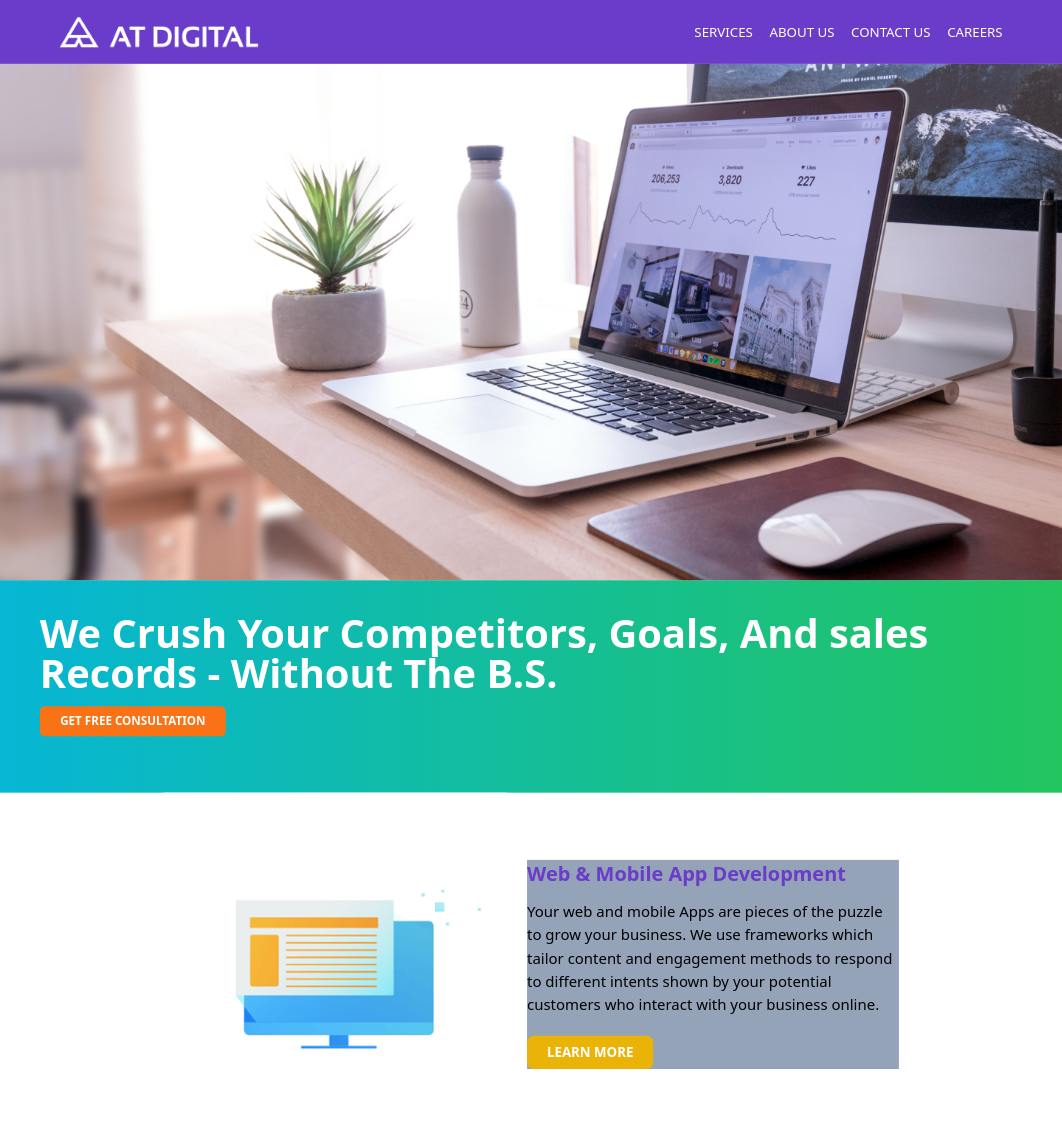
Repository: Milith97/AT-Digital-Website
Page: /
The author's editor kept a copy of each file at every save. The page is drawn from the files as they stood at one save, then again after the next save.
The browser window is 1280 px wide. The pictures show the whole page, at 83% of full size.
The project was rebuilt for these pictures with package versions that can differ from the ones it lists, and the page was loaded fresh each time. Also part of the build but not shown: vite.config.js.

Above is the page before, as saved 2024-04-06 22:31:43.

### src/App.jsx
// App.js or your main component file
import React from 'react';
import NavBar from './Components/NavBar';
import HomePage from './Components/HomePage';
import Servicers from './Components/Servicers'

function App() {
  return (
    <div className="App">
      <NavBar />
      <HomePage />
      <Servicers/>
    </div>
  );
}

export default App;

### src/Components/NavBar.jsx
import React, { useState } from 'react';
import Logo from '../assets/Img/Logo.png';

const NavBar = () => {
    const [isOpen, setIsOpen] = useState(false);

    return (
        <nav className="bg-[#6B3CC9]">
            <div className="max-w-1440px max-h-20 xl:px-16 md:px-7 sm:px-11 max-lg:mx-6">
                <div className="flex justify-between">
                    <div>
                        <a href="#" className={`flex items-center py-5 sm:px-2 ${isOpen ? 'hidden' : 'flex'}`}>
                            <img src={Logo} alt="Logo" />
                        </a>
                    </div>
                    <div className={`hidden md:flex font-medium text-white items-center space-x-1 ${isOpen ? 'flex' : 'hidden'}`}>
                        <a href="#" className="py-5 px-2 ">SERVICES</a>
                        <a href="#" className="py-5 px-2 ">ABOUT US</a>
                        <a href="#" className="py-5 px-2 ">CONTACT US</a>
                        <a href="#" className="py-5 px-2 ">CAREERS</a>
                    </div>
                    <div className="md:hidden flex items-center ">
                        <button onClick={() => setIsOpen(!isOpen)} className="text-white focus:outline-none">
                            {!isOpen ? (
                                <svg className="h-14 w-10" stroke="white" viewBox="0 0 24 24" >
                                    <path strokeLinecap="round" strokeLinejoin="round" strokeWidth="3" d="M4 6h16M4 12h16M4 18h16" />
                                </svg>
                            ) : (
                                <svg className="h-12 w-8" stroke="black" viewBox="0 0 24 24" >
                                    <path strokeLinecap="round" strokeLinejoin="round" strokeWidth="3" d="M6 18L18 6M6 6l12 12" />
                                </svg>
                            )}
                        </button>
                    </div>
                </div>
            </div>
            <div className={`${isOpen ? 'block' : 'hidden'} md:hidden`}>
                <div className="bg-white">
                    <a href="#" className="block py-2 px-4 text-sm text-black-500 ">HOME</a>
                    <a href="#" className="block py-2 px-4 text-sm text-black-500">SERVICES</a>
                    <a href="#" className="block py-2 px-4 text-sm text-black-500">ABOUT US</a>
                    <a href="#" className="block py-2 px-4 text-sm text-black-500">CONTACT US</a>
                    <a href="#" className="block py-2 px-4 text-sm text-black-500">CAREERS</a>
                </div>
            </div>
        </nav>
    );
};

export default NavBar;

### src/Components/HomePage.jsx
import React from 'react';
import backgroundImage from '../assets/Img/Home.png';

const HomePage = () => {
    return (
        <div className=''>
            <div>
                <img src={backgroundImage} alt="Home Image" />
            </div>
            <div className='h-64 max-w-full bg-gradient-to-r from-cyan-500 to-green-500 '>
                <div className='text-lg py-6 px-12 '>
                    <p className='font-bold text-5xl text-white py-4'>We Crush Your Competitors, Goals, And sales Records - Without The B.S.</p>
                    <div className=''>
                        <button className='bg-orange-500 text-white font-bold text-sm h-9 w-56 rounded-md'>GET FREE CONSULTATION</button>
                    </div>
                </div>
            </div>
        </div>
    );
};

export default HomePage;

### src/Components/Servicers.jsx
// import React from 'react';
// import Service1 from '../assets/Img/Service1.png';
// const Servicers = () => {
//     return (
//         <div className="flex flex-col md:flex-row items-center justify-center">
//             <div className=" lg:w-2/5 flex-shrink-0 mb-6 md:mb-0 mr-0 md:mr-0">
//                 <img src={Service1} alt="Service Image" className="xl:w-full xl:h-full object-cover" />
//             </div>

//             {/* Right Side (Content) */}
//             <div className="lg:w-3/5">
//                 <h2 className="sm:text-3xl md:text-2xl lg:text-3xl xl:text-2xl 2xl:text:4xl  font-bold mb-4 text-[#6B3CC9]">Web & Mobile App Development</h2>
//                 <p className=" sm:text-xl md:text-lg lg:text-lg xl:text-lg 2xl:text-xl font-normal  mb-6 ">Your web and mobile Apps are pieces of the puzzle to grow your business. We use frameworks which tailor content and engagement methods to respond to different intents shown by your potential customers who interact with your business online.</p>
//                 <button className="bg-yellow-500 text-white font-bold py-2 px-6 rounded-lg hover:bg-yellow-600 transition-colors">LEARN MORE</button>
//             </div>
//         </div>
//     );
// };

// export default Servicers;

import React from 'react';
import Service1 from '../assets/Img/Service1.png';

const Services = () => {
    return (
        <div className="flex flex-col md:flex-row items-center justify-center">
            {/* Left Side (Image) */}
            <div className="w-414 h-414  flex-shrink-0 mb-6 md:mb-0 mr-0 md:mr-6">
                {/* Replace the 'src' attribute with your image URL */}
                <img src={Service1} alt="Service Image" className="w-full h-full object-cover" />
            </div>

            {/* Right Side (Content) */}
            <div className="max-w-md bg-slate-400">
                <h2 className=" md:text-2xl lg:text-3xl xl:text-2xl 2xl:text:4xl  font-bold mb-4 text-[#6B3CC9]">Web & Mobile App Development</h2>
                <p className="md:text-lg lg:text-lg xl:text-lg 2xl:text-lg font-normal mb-6">Your web and mobile Apps are pieces of the puzzle to grow your business. We use frameworks which tailor content and engagement methods to respond to different intents shown by your potential customers who interact with your business online.</p>
                <button className="bg-yellow-500 text-white font-bold py-2 px-6 rounded-lg hover:bg-yellow-600 transition-colors">LEARN MORE</button>
            </div>
        </div>
    );
};

export default Services;

Loaded but not shown: index.html (common file); src/main.jsx (common file); src/index.css (common file); tailwind.config.js (common file)

After the next save:
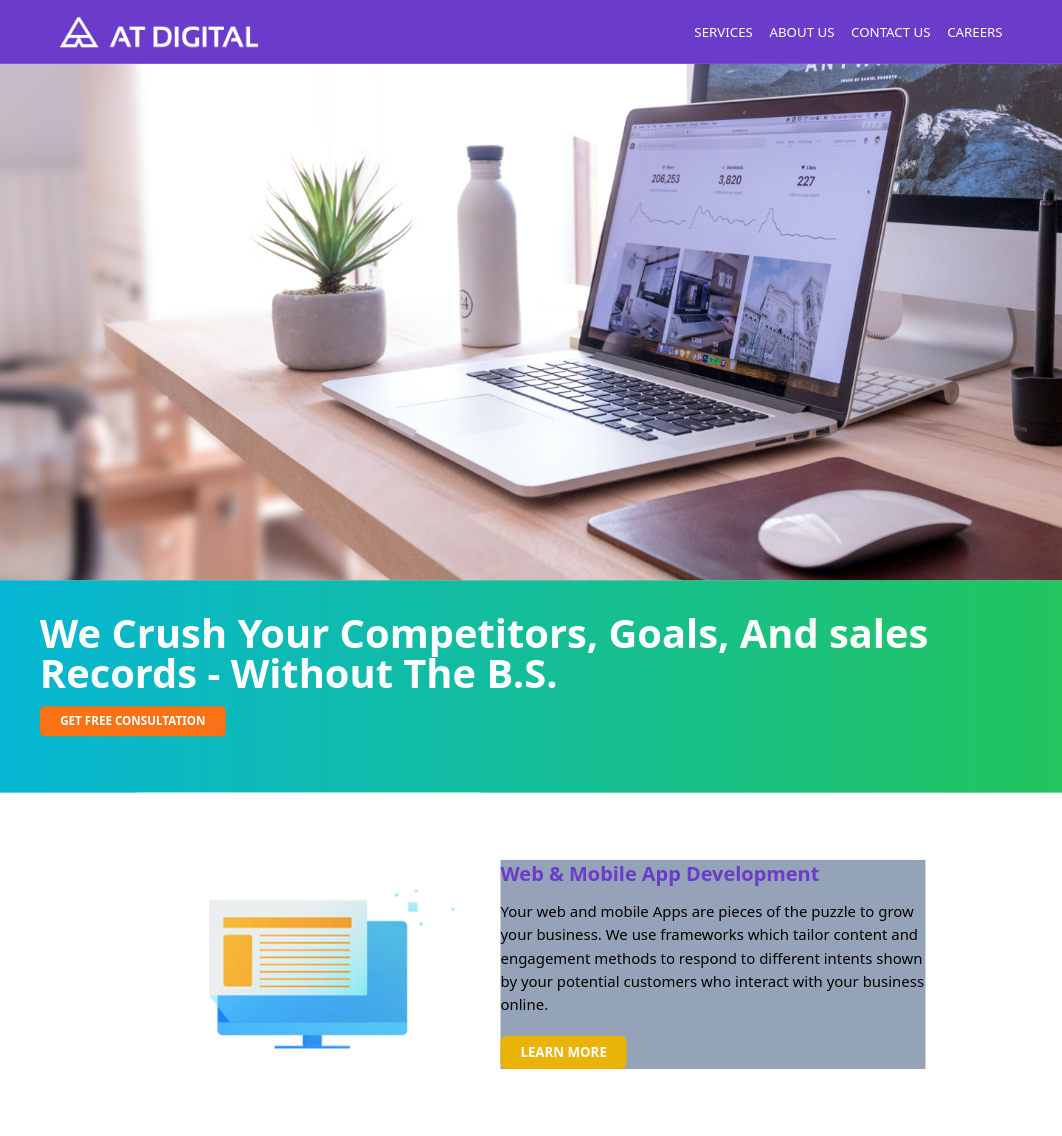
Saved 24 s later.
--- a/src/Components/Servicers.jsx
+++ b/src/Components/Servicers.jsx
@@ -32,7 +32,7 @@ const Services = () => {
             </div>
 
             {/* Right Side (Content) */}
-            <div className="max-w-md bg-slate-400">
+            <div className="max-w-lg bg-slate-400">
                 <h2 className=" md:text-2xl lg:text-3xl xl:text-2xl 2xl:text:4xl  font-bold mb-4 text-[#6B3CC9]">Web & Mobile App Development</h2>
                 <p className="md:text-lg lg:text-lg xl:text-lg 2xl:text-lg font-normal mb-6">Your web and mobile Apps are pieces of the puzzle to grow your business. We use frameworks which tailor content and engagement methods to respond to different intents shown by your potential customers who interact with your business online.</p>
                 <button className="bg-yellow-500 text-white font-bold py-2 px-6 rounded-lg hover:bg-yellow-600 transition-colors">LEARN MORE</button>
